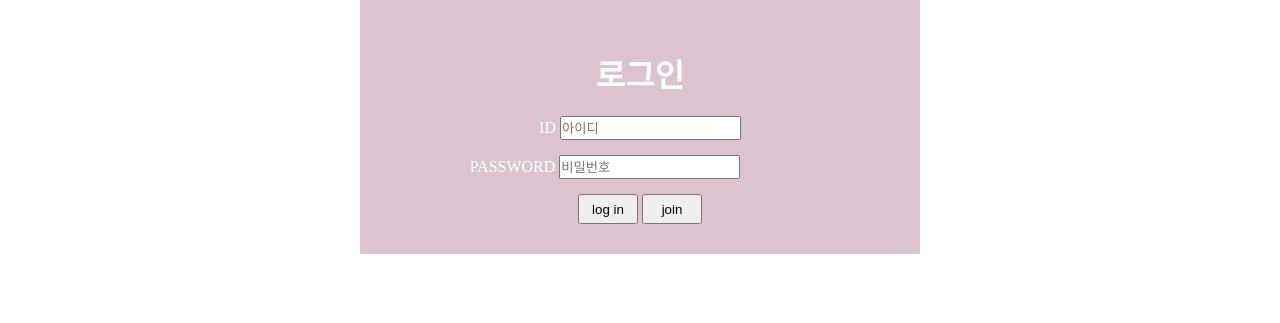
Repository: kayoyo/jsp
Page: http://localhost/BoardWeb_4/login
These files come from the project's save history. The page is drawn as it stood at one moment and after the next save; the edit follows.
The browser window is 1280 px wide. The pictures show the whole page.
The page is served by Tomcat 9.

Above is the page before, as saved 2020-08-27 04:24:42.

After the next save:
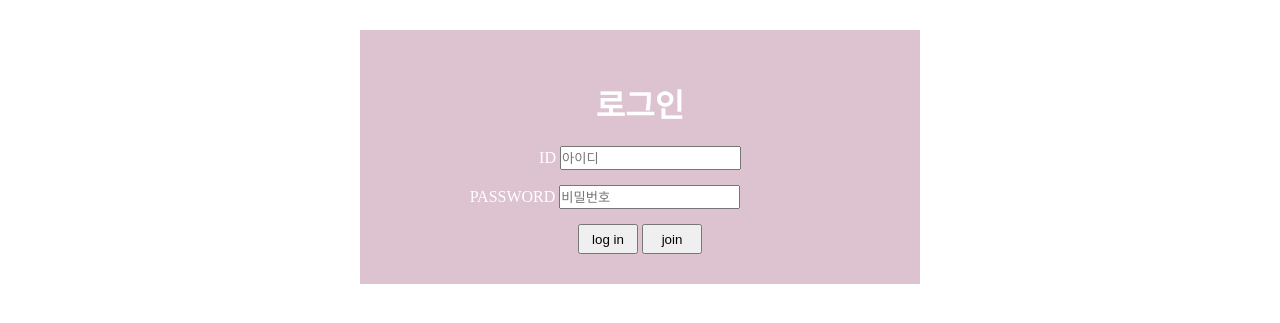
Saved 48 s later.
--- a/BoardWeb_4/WebContent/WEB-INF/jsp/user/login.jsp
+++ b/BoardWeb_4/WebContent/WEB-INF/jsp/user/login.jsp
@@ -9,7 +9,7 @@
  a {text-decoration:none; color: black;}
  .err {color: red;}
  #container {width: 500px; background-color: #ddc3d0;
- 			margin: 0 auto; padding:30px; text-align:center;}
+ 			margin: 0 auto; padding:30px; text-align:center; margin-top: 30px;]}
  h1 {margin: 20px; color: white;}
  .pw {margin-right: 70px;}
  .pw, .id {color: white; margin-bottom: 15px;}
